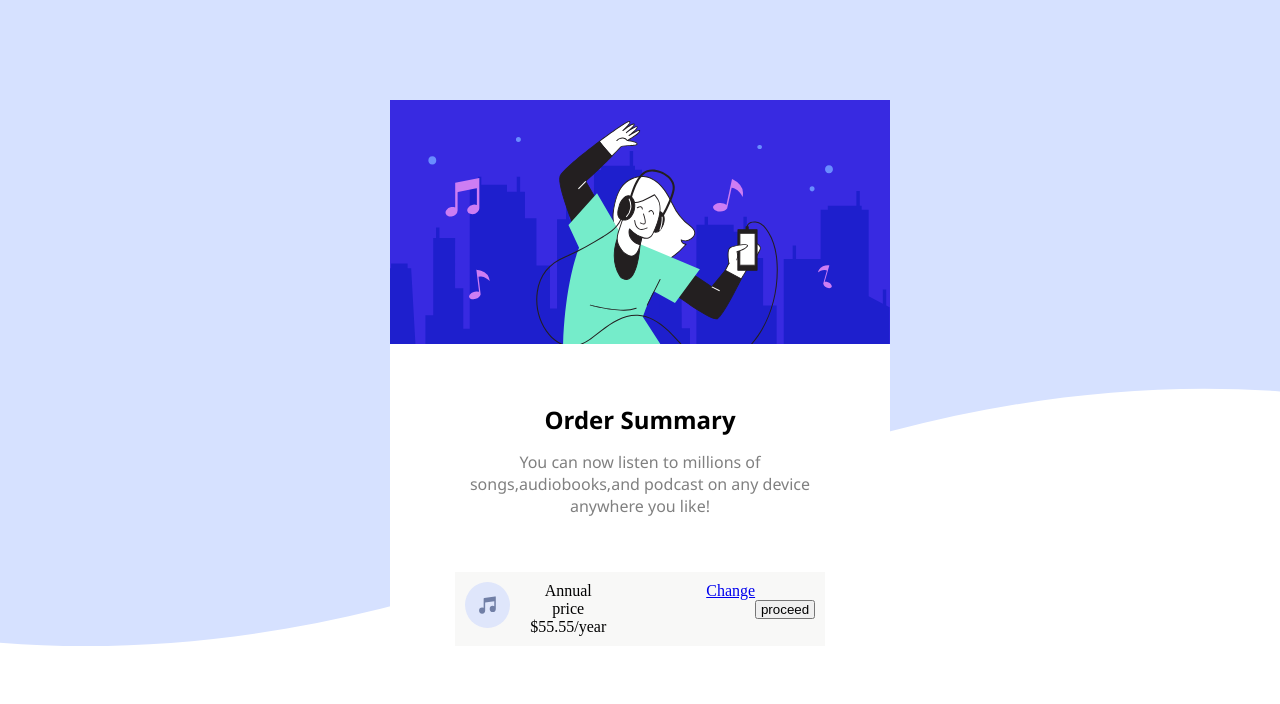
Repository: Eugene44-hub/newbie-project
Page: index.html
These files come from the project's save history. The page is drawn as it stood at one moment and after a run of saves; the edit follows.
The browser window is 1280 px wide. The pictures show the whole page.

Above is the page before, as saved 2021-08-29 03:49:05.

After the next 2 saves:
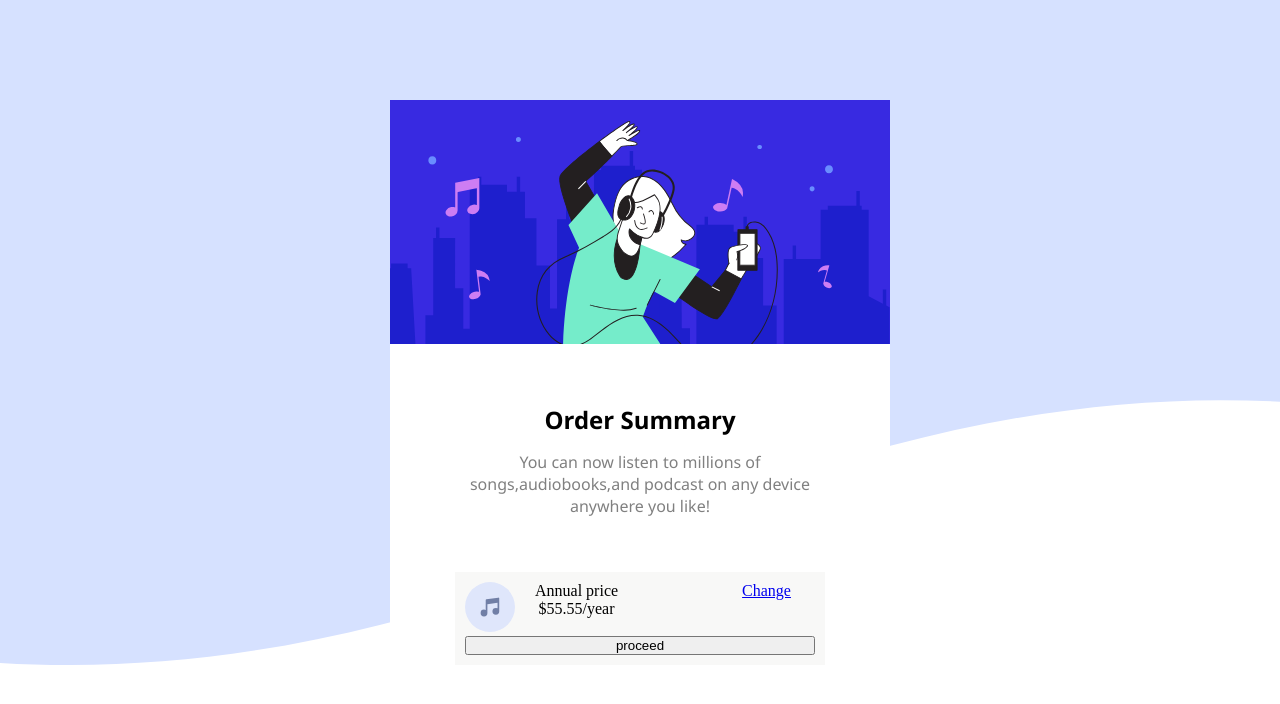
The 2 saves are shown as one change because they came seconds apart.
The last was saved 9 s later.
--- a/style.css
+++ b/style.css
@@ -56,7 +56,7 @@ p {
     margin: auto;
     background-color: rgb(248, 248, 247);
     padding: 10px;
-    flex
+    flex-wrap: wrap;
 }
 
 .link {
